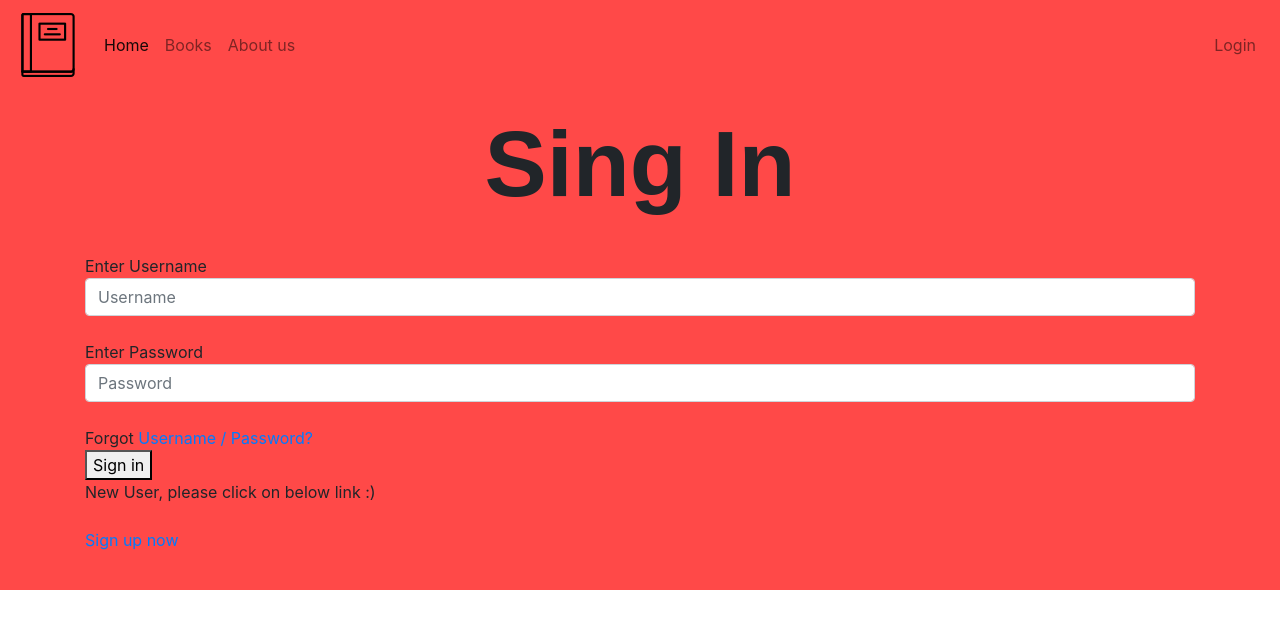
Repository: abhishekgandhi2398/BookStore
Page: http://localhost/BookStore/ulogin.jsp
These files come from the project's save history. The page is drawn as it stood at one moment and after the next save; the edit follows.
The browser window is 1280 px wide. The pictures show the whole page.
The page is served by Tomcat 9. Other server files are loaded and not shown.

Above is the page before, as saved 2019-12-06 15:27:34.
Console error: TypeError: Cannot read properties of undefined (reading 'fn')

### ProjectJava/BookStore/WebContent/ulogin.jsp
<%@ page language="java" contentType="text/html; charset=ISO-8859-1"
    pageEncoding="ISO-8859-1"%>
<!DOCTYPE html>
<html>
<head>
<meta charset="ISO-8859-1">

<link rel="stylesheet" href="https://maxcdn.bootstrapcdn.com/bootstrap/4.0.0/css/bootstrap.min.css">
<script src="https://maxcdn.bootstrapcdn.com/bootstrap/4.0.0/js/bootstrap.min.js"></script>


<title>Insert title here</title>
</head>
<body>


<nav class="navbar navbar-expand-lg navbar-light" style="background-color: #FF4948">
  <img src="img/logo.png" class="navbar-brand">
  <button class="navbar-toggler" type="button" data-toggle="collapse" data-target="#navbarTogglerDemo02" aria-controls="navbarTogglerDemo02" aria-expanded="false" aria-label="Toggle navigation">
    <span class="navbar-toggler-icon"></span>
  </button>

  <div class="collapse navbar-collapse" id="navbarTogglerDemo02">
    <ul class="navbar-nav mr-auto mt-2 mt-lg-0">
      <li class="nav-item active">
        <a class="nav-link" href="1.jsp">Home <span class="sr-only">(current)</span></a>
      </li>
      <li class="nav-item">
        <a class="nav-link" href="User_Products.jsp">Books</a>
      </li>
      <li class="nav-item">
        <a class="nav-link" href="#">About us</a>
      </li>
    </ul>

    <form class="form-inline my-2 my-lg-0">
        <ul class="navbar-nav mr-auto mt-2 mt-lg-0">

     <%
String q=(String)session.getAttribute("mobno");

if(q==null)
{
     %>
       <li class="nav-item">
        <a class="nav-link" href="ulogin.jsp">Login</a>
      </li>
<%}
else
{ %>
      <li class="nav-item">
        <a class="nav-link" href="vc.jsp">View Cart</a>
      </li>
      <li class="nav-item">
        <a class="nav-link" href="vieworderuser.jsp">View Orders</a>
      </li>
        <li class="nav-item">
        <a class="nav-link" href="ulogout.jsp">Logout</a>
      </li>

  <%      }


%>
      </ul>


    </form>
  </div>
</nav>



				<form class="login100-form validate-form p-l-55 p-r-55 p-t-178" method="get" action="login.jsp">


<div style="background-color: #FF4948; height: 150px; width: 100%;" class="d-flex justify-content-center  align-items-center">





					<b style="font-family: sans-serif; font-size: 70pt;">Sing In</b>

</div>

<div style="background-color: #FF4948; height: 350px; width: 100%;" class="d-flex justify-content-center  align-items-center">

					<br>
					<br>
					<div class="container">
						<span class="focus-input100">Enter Username</span>
						<input class="form-control" type="number" name="mobile" placeholder="Username">


						<br>

								<span class="focus-input100">Enter Password</span>

						<input class="form-control" type="password" name="password" placeholder="Password">
						<br>

									<span class="txt1">
							Forgot
						</span>

						<a href="#" class="txt2">
							Username / Password?
						</a>

					<br>

										<button class="login100-form-btn">
							Sign in
						</button>


					<br>

						<span class="txt1 p-b-">
							New User, please click on below link :)
						</span>
					<br>
					<br>

						<a href="new_user.jsp" class="txt3">
							Sign up now
						</a>
					<br>
					<br>

					</div>

	</div>

</form>

</body>
</html>

After the next save:
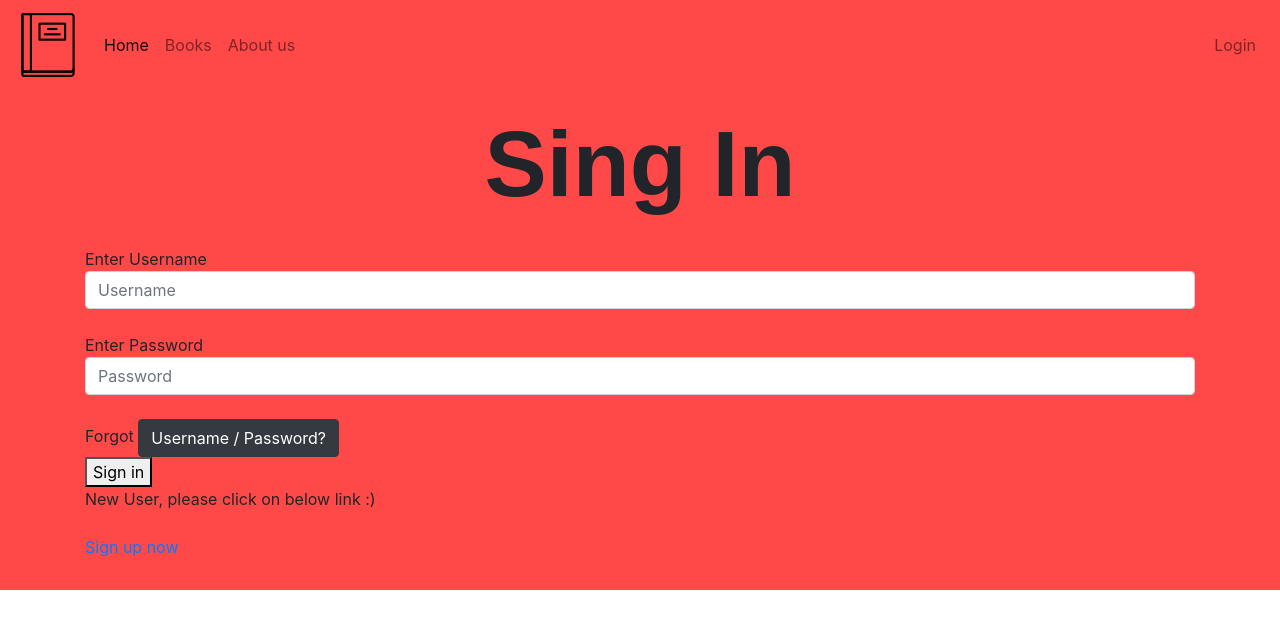
Saved 27 s later.
--- a/ProjectJava/BookStore/WebContent/ulogin.jsp
+++ b/ProjectJava/BookStore/WebContent/ulogin.jsp
@@ -104,7 +104,7 @@
 							Forgot
 						</span>
 
-						<a href="#" class="txt2">
+						<a href="#" class="btn btn-dark">
 							Username / Password?
 						</a>
 

After the save that followed:
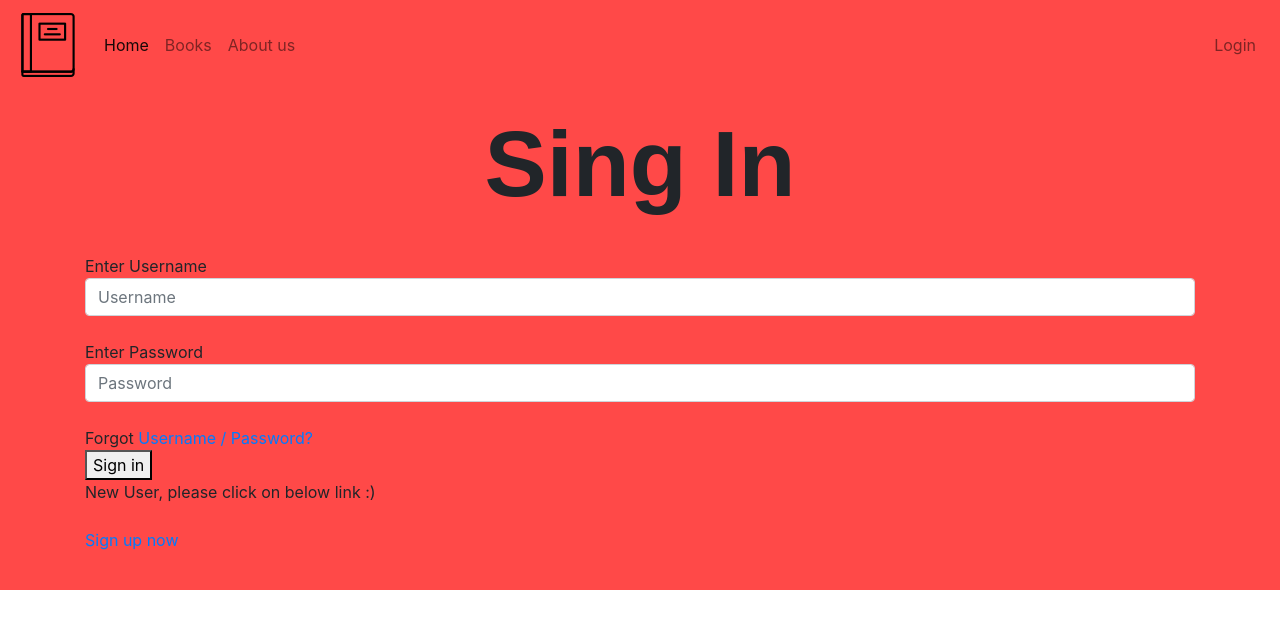
Saved 15 s later.
--- a/ProjectJava/BookStore/WebContent/ulogin.jsp
+++ b/ProjectJava/BookStore/WebContent/ulogin.jsp
@@ -104,7 +104,7 @@
 							Forgot
 						</span>
 
-						<a href="#" class="btn btn-dark">
+						<a href="#">
 							Username / Password?
 						</a>
 
